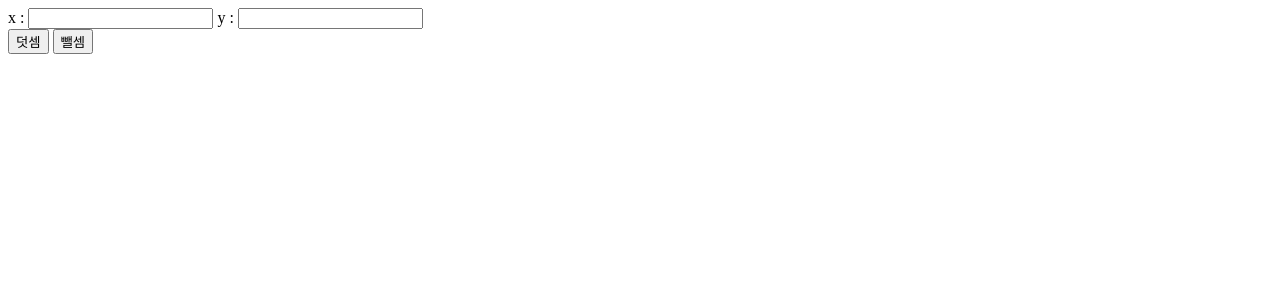
Repository: uzchu/jsp
Page: workspace/JSPPrj/src/main/webapp/calc2.html
These files come from the project's save history. The page is drawn as it stood at one moment and after the next save; the edit follows.
The browser window is 1280 px wide. The pictures show the whole page.

Above is the page before, as saved 2021-05-24 08:57:24.

After the next save:
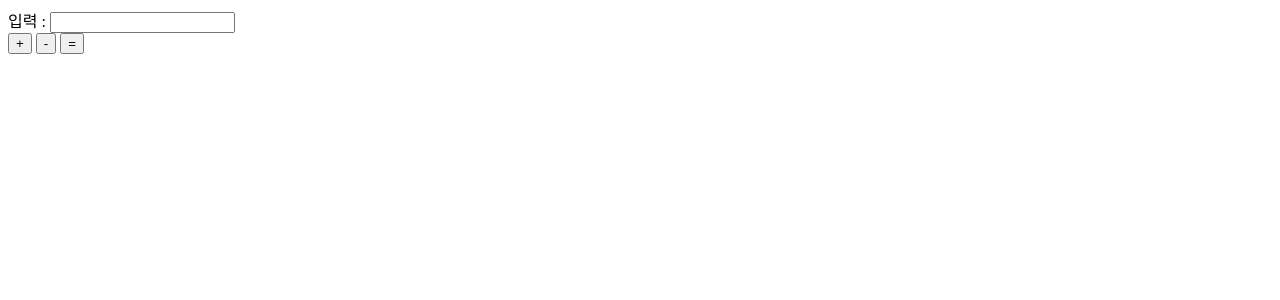
Saved 15 h 30 min later.
--- a/workspace/JSPPrj/src/main/webapp/calc2.html
+++ b/workspace/JSPPrj/src/main/webapp/calc2.html
@@ -7,14 +7,12 @@
 <body>
 	<form action="calc" method="post">
 		<div>
-			<label>x : </label>
-			<input type="text" name="x"/>
-
-			<label>y : </label>
-			<input type="text" name="y"/>
+			<label>입력 : </label>
+			<input type="text" name="v"/>
 		<div>
-			<input type="submit" name="operator" value="덧셈"/>
-			<input type="submit" name="operator" value="뺄셈"/>
+			<input type="submit" name="operator" value="+"/>
+			<input type="submit" name="operator" value="-"/>
+			<input type="submit" name="operator" value="="/>
 		</div>
 		</div>
 	</form>
